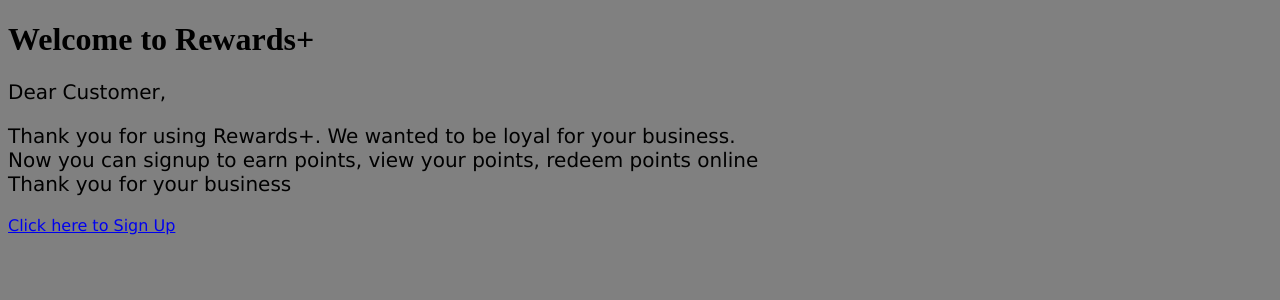
Repository: ahpraveen/springbootdemo
Page: demo/src/main/resources/static/home.html
These files come from the project's save history. The page is drawn as it stood at one moment and after the next save; the edit follows.
The browser window is 1280 px wide. The pictures show the whole page.

Above is the page before, as saved 2018-01-22 00:16:17.

After the next save:
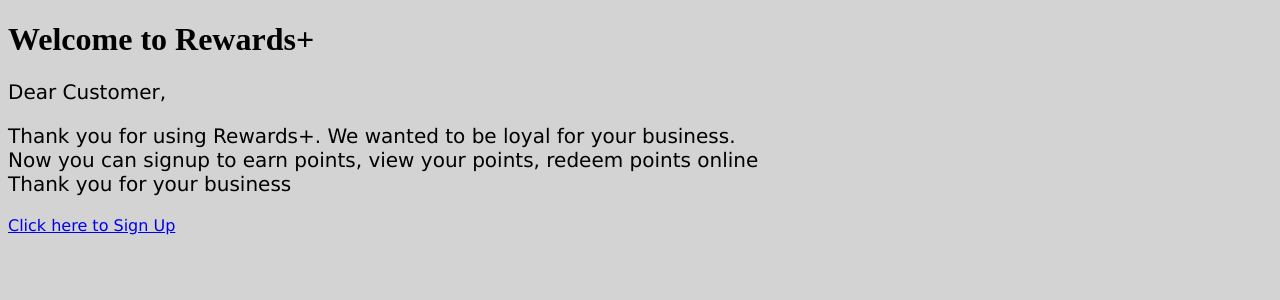
Saved 17 s later.
--- a/demo/src/main/resources/static/home.html
+++ b/demo/src/main/resources/static/home.html
@@ -5,7 +5,7 @@
 <title>Home - Rewards+</title>
 <style>
 body{
-background-color:grey
+background-color:lightgrey
 }
 p{
    font-family: verdana;
